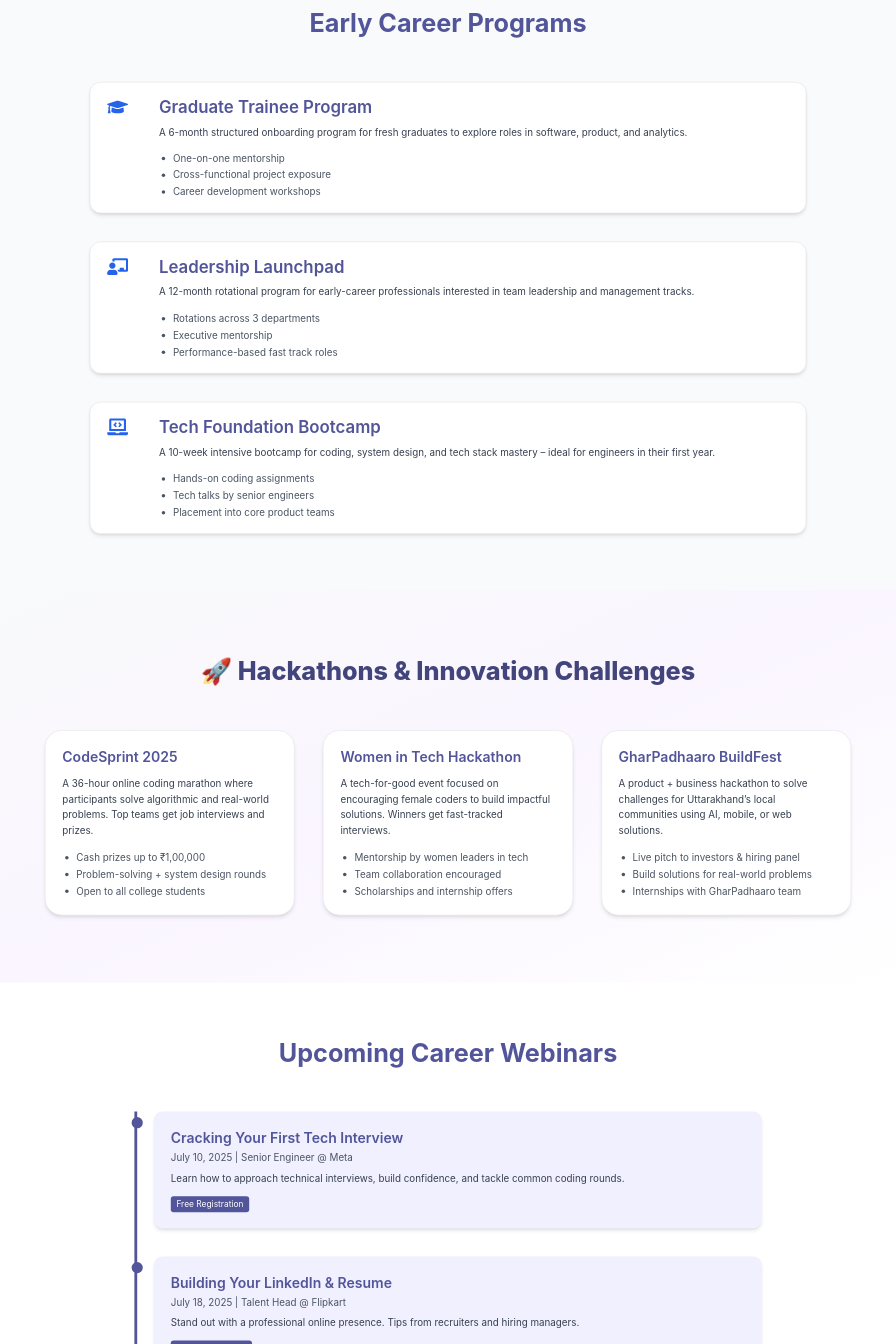
Repository: Siddharthkothiyal/GharPadhaaroCareerWebsite
Page: /#/students
An editor plug-in stored every save of this project. The page is shown before and after the next save, followed by the edit.
The browser window is 1280 px wide. The pictures show the part of the page from y = 2727 to 4647 px (the page is 7279 px tall), at 70% of full size.
The project was rebuilt for these pictures with package versions that can differ from the ones it lists, and the page was loaded fresh each time. Also part of the build but not shown: src/components/CareerPortal/JobListing/JobListings.css, src/components/CareerPortal/JobListing/JobListings.js, src/components/CareerPortal/Header.css, src/components/CareerPortal/ResumeUpload.css, src/components/CareerPortal/ResumeUpload.js, src/components/CareerPortal/Header.js, src/components/CareerPortal/JobListing/JobSearch.css, src/components/CareerPortal/JobListing/JobSearch.js and 10 more.

Above is the page before, as saved 2025-06-22 11:52:05.

After the next save:
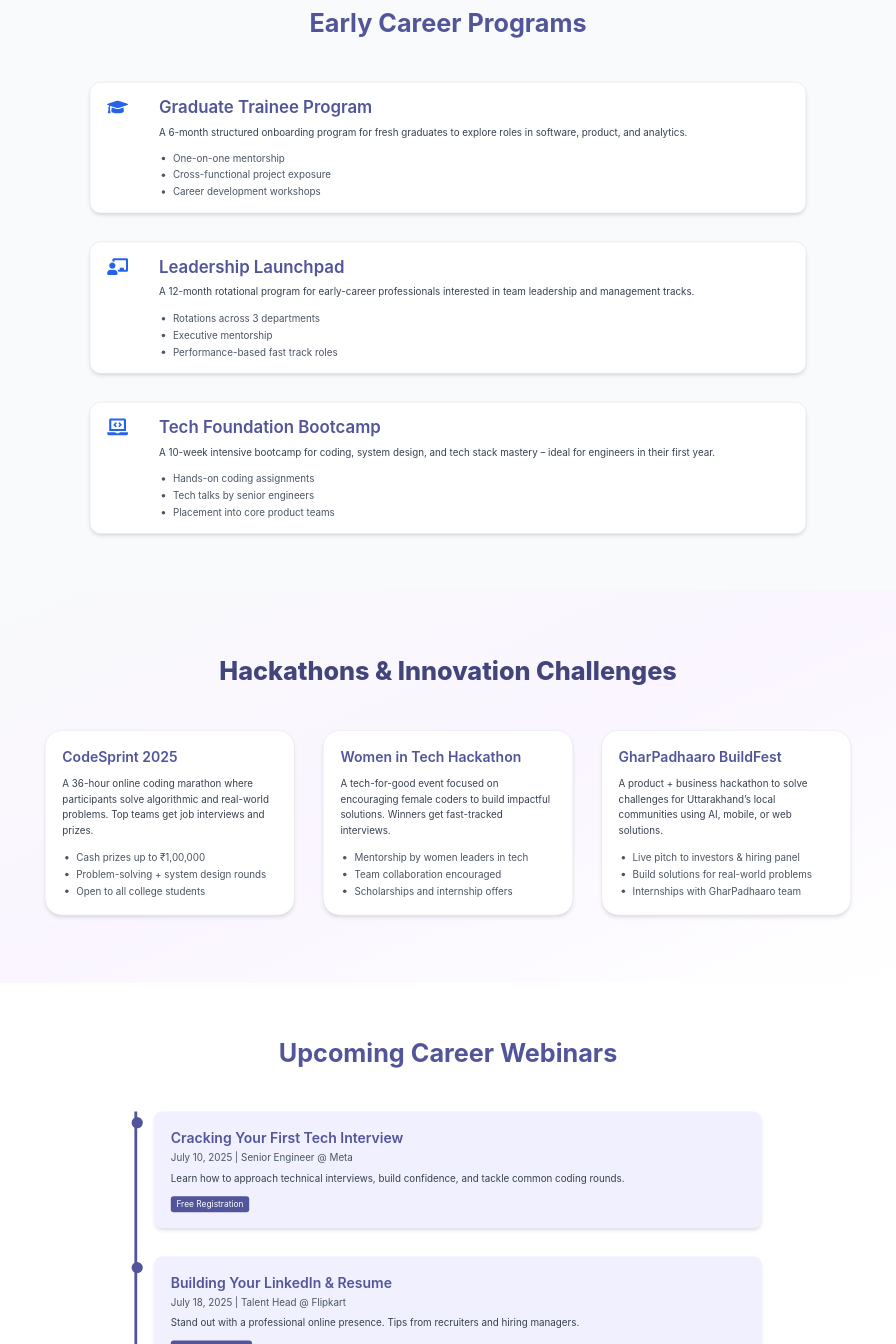
Saved 6 s later.
--- a/src/components/CareerPortal/StudentsPage/sections/Hackathons.js
+++ b/src/components/CareerPortal/StudentsPage/sections/Hackathons.js
@@ -39,7 +39,7 @@ const Hackathon = () => {
 
       <div className="max-w-6xl mx-auto">
         <h2 className="text-4xl font-extrabold text-center text-[#42447c] mb-16 animate-fade-in-down">
-          🚀 Hackathons & Innovation Challenges
+           Hackathons & Innovation Challenges
         </h2>
 
         <div className="grid gap-10 md:grid-cols-3">
